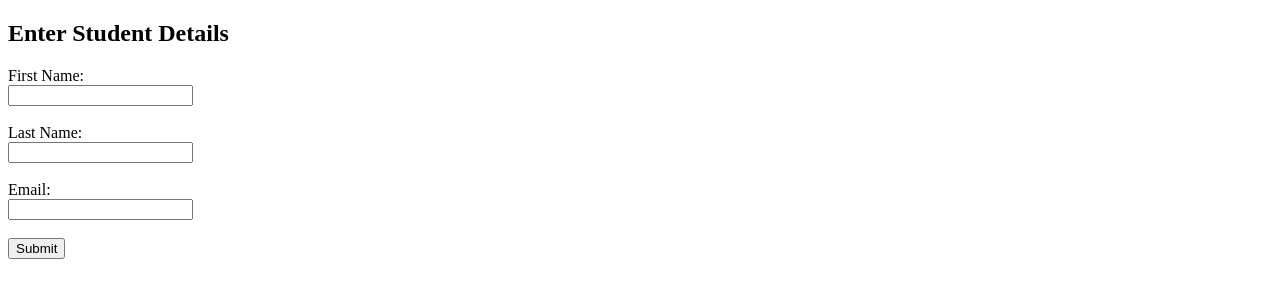
Repository: manvendra-24/jsp-servlets
Page: http://localhost/12-student-mvc-db/add-student.jsp
These files come from the project's save history. The page is drawn as it stood at one moment and after the next save; the edit follows.
The browser window is 1280 px wide. The pictures show the whole page.
The page is served by Tomcat 9.

Above is the page before, as saved 2024-07-17 07:20:46.

After the next save:
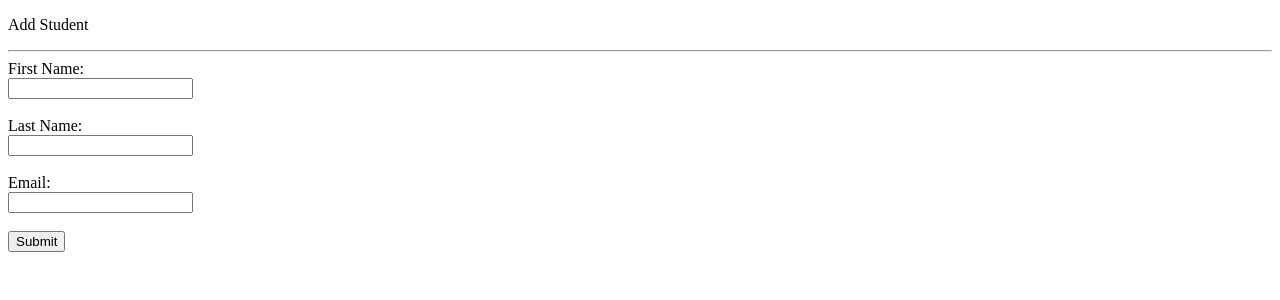
Saved 3 min 3 s later.
--- a/12-student-mvc-db/WebContent/add-student.jsp
+++ b/12-student-mvc-db/WebContent/add-student.jsp
@@ -7,9 +7,14 @@
 <title>Add Student</title>
 </head>
 <body>
-	<h2>Enter Student Details</h2>
-    <form action="submitStudentDetails.jsp" method="post">
-        <label for="firstName">First Name:</label><br>
+
+	<div class="container">
+		<div class="text-center">
+			<p class="h2">Add Student</p>
+		</div>
+		<hr>
+		<form action="submitStudentDetails.jsp" method="post">
+        <label for="first_name">First Name:</label><br>
         <input type="text" id="firstName" name="firstName" required><br><br>
 
         <label for="lastName">Last Name:</label><br>
@@ -19,6 +24,8 @@
         <input type="email" id="email" name="email" required><br><br>
 
         <input type="submit" value="Submit">
-    </form>
+    	</form>
+	</div>
+
 </body>
 </html>
